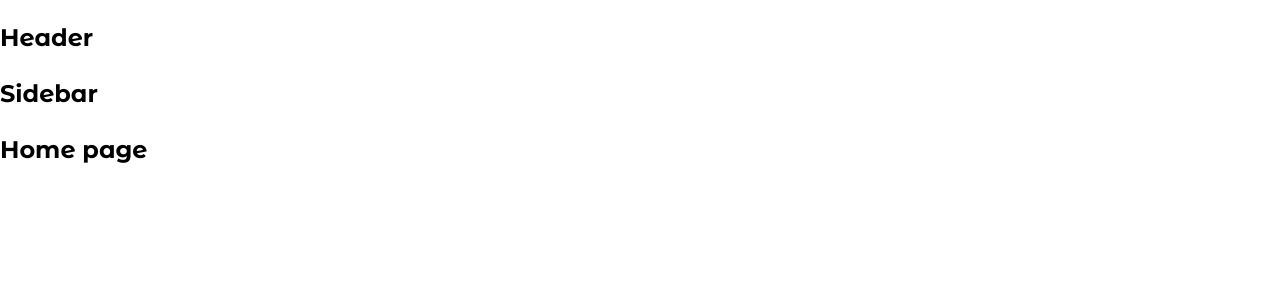
Repository: thinh909thinh/tiktok
Page: /
These files come from the project's save history. The page is drawn as it stood at one moment and after the next save; the edit follows.
The browser window is 1280 px wide. The pictures show the whole page.
The project was rebuilt for these pictures with package versions that can differ from the ones it lists, and the page was loaded fresh each time. Also part of the build but not shown: src/components/Layout/components/Header/Header.module.scss, src/components/Layout/HeaderOnly/index.js, src/pages/Followwing/index.js, src/pages/Profile/index.js, src/pages/Upload/index.js, src/pages/Seach/index.js.

Above is the page before, as saved 2022-08-26 13:50:46.

### src/index.js
import React from 'react';
import ReactDOM from 'react-dom/client';
import App from '~/App';
import reportWebVitals from './reportWebVitals';
import GlobalStyles from '~/components/GlobalStyles';
const root = ReactDOM.createRoot(document.getElementById('root'));
root.render(
    <React.StrictMode>
        <GlobalStyles>
            <App />
        </GlobalStyles>
    </React.StrictMode>,
);

// If you want to start measuring performance in your app, pass a function
// to log results (for example: reportWebVitals(console.log))
// or send to an analytics endpoint. Learn more: https://bit.ly/CRA-vitals
reportWebVitals();

### src/App.js
import { BrowserRouter as Router, Route, Routes } from 'react-router-dom';
import { Fragment } from 'react';
import { publicRoutes } from '~/routes';
import { DefaultLayout } from '~/components/Layout';
function App() {
    return (
        <Router>
            <div className="App">
                <Routes>
                    {publicRoutes.map((route, index) => {
                        const Page = route.component;
                        let Layout = DefaultLayout;
                        if (route.layout) {
                            Layout = route.layout;
                        } else if (route.layout === null) {
                            Layout = Fragment;
                        }
                        return (
                            <Route
                                key={index}
                                path={route.path}
                                element={
                                    <Layout>
                                        <Page />
                                    </Layout>
                                }
                            />
                        );
                    })}
                </Routes>
            </div>
        </Router>
    );
}
export default App;

### src/routes/index.js
import { HeaderOnly } from '~/components/Layout';
// pages
import Home from '~/pages/Home';
import Following from '~/pages/Followwing';
import Profile from '~/pages/Profile';
import Upload from '~/pages/Upload';
import Seach from '~/pages/Seach';
// publicRoutes
const publicRoutes = [
    { path: '/', component: Home },
    { path: '/following', component: Following },
    { path: '/profile', component: Profile },
    { path: '/upload', component: Upload, layout: HeaderOnly },
    { path: '/seach', component: Seach, layout: null },
];
const privateRoutes = [];
export { publicRoutes, privateRoutes };

### src/components/GlobalStyles/GlobalStyles.scss
@import 'normalize.css';
@import url('https://fonts.googleapis.com/css2?family=Montserrat+Alternates:wght@300;400;500;600;700&family=Montserrat:ital,wght@1,900&display=swap');
:root {
    --primary: #fe2c55;
}
* {
    box-sizing: border-box;
}
html {
    font-size: 62.5%;
}
body {
    font-family: 'Montserrat', sans-serif;
    font-family: 'Montserrat Alternates', sans-serif;
    font-size: 1.6rem;
    line-height: 1.5;
    text-rendering: optimizeSpeed;
}

### src/components/Layout/DefaultLayout/index.js
import Header from '~/components/Layout/components/Header';
import Sidebar from './Sidebar';
function DefaultLayout({ children }) {
    return (
        <div>
            <Header />
            <div className="container">
                <Sidebar />
                <div className="content">{children}</div>
            </div>
        </div>
    );
}

export default DefaultLayout;

### src/components/Layout/components/Header/index.js
import styles from './Header.module.scss';
import classNames from 'classnames';
const cx = classNames.bind(styles);
function Header() {
    return <h2>Header</h2>;
}

export default Header;

Loaded but not shown: public/index.html (common file); src/reportWebVitals.js (common file); src/components/GlobalStyles/index.js (common file); src/components/Layout/index.js (common file); src/pages/Home/index.js (common file); src/components/Layout/DefaultLayout/Sidebar/index.js (common file)

After the next save:
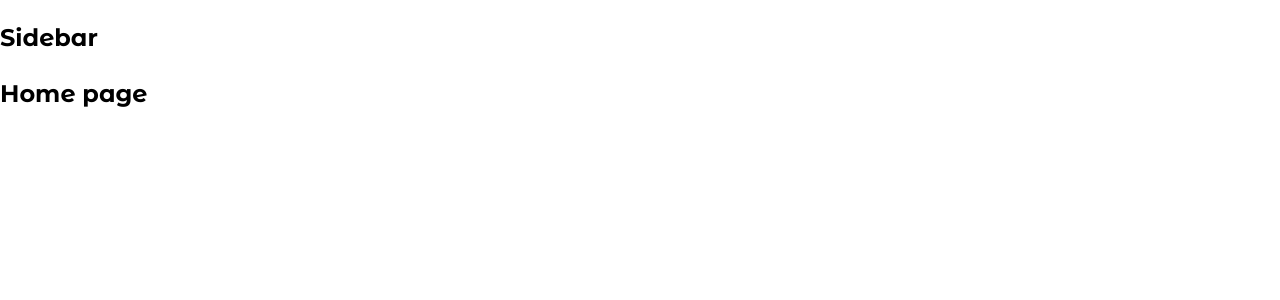
Saved 2 min 51 s later.
--- a/src/components/Layout/components/Header/index.js
+++ b/src/components/Layout/components/Header/index.js
@@ -1,8 +1,8 @@
 import styles from './Header.module.scss';
-import classNames from 'classnames';
+import classNames from 'classnames/bind';
 const cx = classNames.bind(styles);
 function Header() {
-    return <h2>Header</h2>;
+    return <header className={cx('wrapper')}></header>;
 }
 
 export default Header;
